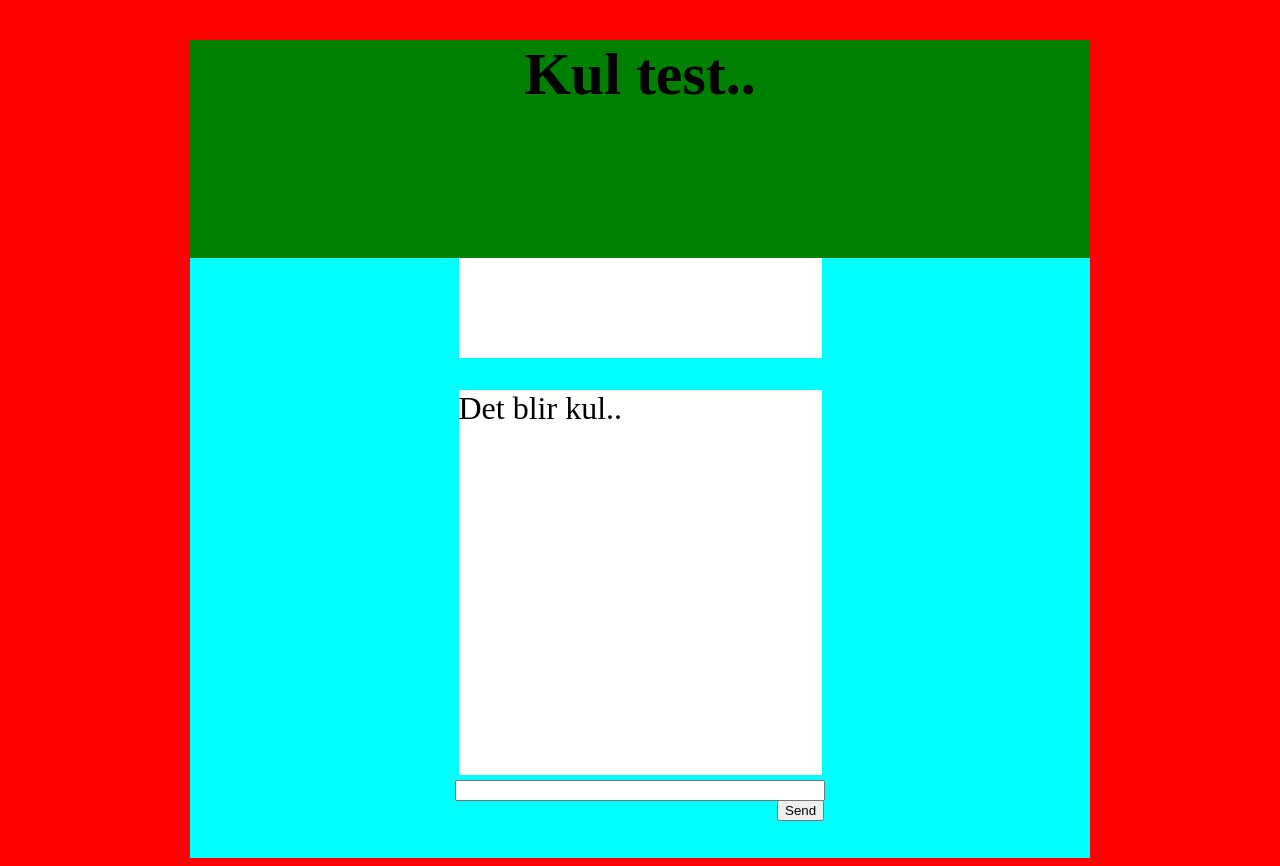
Repository: al223jw/1dv403-laborationer
Page: 4-thequiz/index.html
The author's editor kept a record of every edit. The page is drawn from the files as they stood at one moment, then again after the next edit.
The browser window is 1280 px wide. The pictures show the whole page.
The page's requests for data from a server got no answer.

Above is the page before.
Console error: TypeError: Cannot set properties of null (setting 'onclick')

### 4-thequiz/index.html
<!DOCTYPE html>
<html>
    <head>
        <meta name="viewport" content="width=device-width, initial-scale=1.0"/>
        <meta charset="utf-8"/>

        <title>Antons Test</title>

        <link rel="stylesheet" href="css/css.css"/>
    </head>

    <body>
        <div id="container">
            <div id="header"><h1>Kul test..</h1></div>

            <div id="main">
                <div id="section1">
                </div>

                <div id="section2">
                    <p>Det blir kul..</p>
                </div>

                <input type="text" id="textarea">
                </input><br>

                <div id="submit">
                    <input type="submit" value="Send"/>
                </div>
            </div>
        </div>

    <script type="text/javascript" src="javascript/thejavascript.js"></script>
    </body>
</html>

### 4-thequiz/css/css.css
html
{
    background-color:red;
}

#header
{
    background-color:Green;
    width:900px;
    height:218px;
    margin-left:auto;
    margin-right:auto;
    text-align:center;
    font-size:30px;
}

#main
{
    width:900px;
    height:600px;
    margin-left:auto;
    margin-right:auto;
    background-color:Aqua;
}
#textarea
{
    width:362px;
    margin-top: 5px;
    margin-left:auto;
    margin-right:auto;
    display: block;
}
#submit
{
   margin-left:587px;
   margin-top:-19px;
}
#restart
{
    width:200px;
    height:100px;
    margin-left:652px;
    margin-top:-200px;
}
#section1
{
    width:363px;
    height:100px;
    background-color:white;
    margin-bottom:10px;
    margin-left:auto;
    margin-right:auto;
    font-size:30px;
}
#section2
{
    width:363px;
    height:385px;
    background-color:white;
    margin-top:0;
    margin-left:auto;
    margin-right:auto;
    font-size:32px;
}

### 4-thequiz/javascript/thejavascript.js
"use strict";

var quiz =
{
    Tries: 0,
    arrayTry: [],
    jsoncopy: null,
    restart: 0,

    init:function()
    {
        var input = document.getElementById("textarea");
        quiz.restart = document.getElementById("restart");
        quiz.restart.onclick = quiz.restartclick;
        quiz.renderQuestion("http://vhost3.lnu.se:20080/question/1");

        quiz.arrayTry.length = 0;
        console.log(quiz.arrayTry.length);

        document.getElementById("submit").addEventListener("click", function(e)
        {
            if (input.value !== "")
            {
                quiz.answerQuestion(input.value, quiz.jsoncopy.nextURL);
            }
            else
            {
                e.preventDefault();
            }
        });

        input.addEventListener("keydown", function(e)
        {
            if (e.keyCode === 13)
                {
                    if (input.value !== "")
                    {
                        quiz.answerQuestion(input.value, quiz.jsoncopy.nextURL);
                    }
                    else
                    {
                        e.preventDefault();
                    }
                }
        });
    },

    renderQuestion: function(url)
    {
        quiz.Tries = 0;
        var Question = document.getElementById("section1");
        var XHR = new XMLHttpRequest();
        var input = document.getElementById("textarea");
        input.value = "";

        XHR.onreadystatechange = function()
        {
            if (XHR.readyState === 4 && XHR.status === 200)
            {
                quiz.jsoncopy = JSON.parse(XHR.responseText);
                Question.innerHTML = quiz.jsoncopy.question;
            }
        };
        XHR.open("GET",url , true);
        XHR.send(null);
    },

    answerQuestion: function(answer, url)
    {
        var i;

        var XHR = new XMLHttpRequest();

        var status = document.getElementById("section2");

        XHR.onreadystatechange = function()
        {
             if (XHR.readyState === 4)
             {
                var response = JSON.parse(XHR.responseText);
                if (response.message === "Correct answer!")
                {

                    if (response.nextURL !== undefined)
                    {
                        quiz.arrayTry.push(quiz.Tries);
                        quiz.renderQuestion(response.nextURL);
                        status.innerHTML = "Rätt svar!";
                        console.log(quiz.arrayTry);
                    }
                    else
                    {
                        quiz.arrayTry.push(quiz.Tries);
                        status.innerHTML = "Du klara dig! Resultat:";

                        document.getElementById("submit").disabled = true;
                        document.getElementById("textarea").value = "";
                        for (i = 1; i < quiz.arrayTry.length + 1; i +=1)
                        {
                            var pTag = document.createElement("p");
                            pTag.innerHTML = "Fråga "+i+": "+quiz.arrayTry[i-1]+" försök";
                            status.appendChild(pTag);
                        }
                    }
                }
                else
                {
                    quiz.Tries += 1;
                    document.getElementById("textarea").value = "";
                    console.log(quiz.arrayTry);
                    status.innerHTML = "Fel svar!";
                }
            }
        };
        var sendAnswer = JSON.stringify({answer: answer});
        XHR.open("POST",url , true);
        XHR.setRequestHeader("Content-type", "application/json");
        XHR.send(sendAnswer);

    },

    restartclick: function()
    {
        var status = document.getElementById("section2");

        quiz.Tries = 0;
        quiz.arrayTry = new Array();
        quiz.arrayTry.length = 0;
        quiz.jsoncopy = null;
        quiz.restart = 0;
        status.innerHTML = "";
        quiz.init();
    }
};
window.onload = quiz.init;

After the next edit:
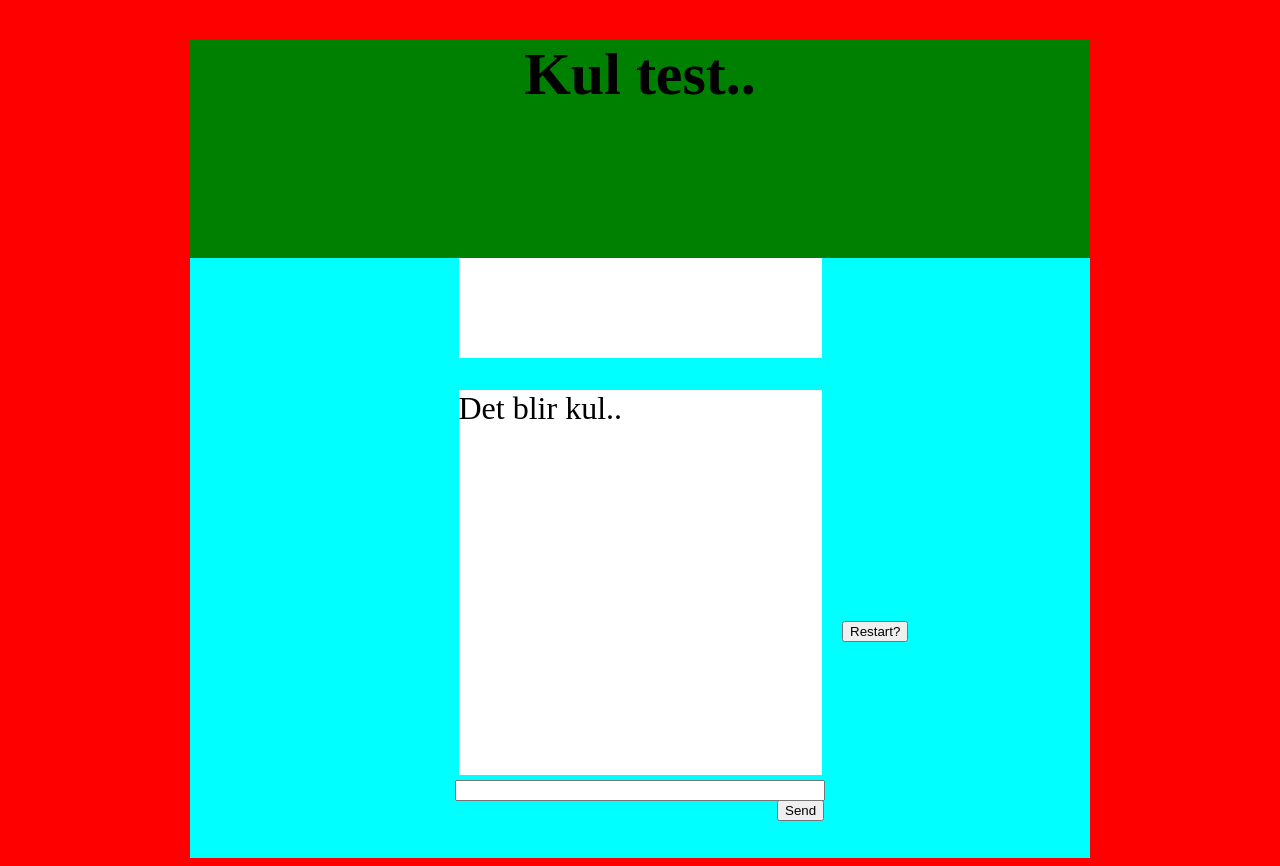
The error is gone.
The edit:
--- a/4-thequiz/index.html
+++ b/4-thequiz/index.html
@@ -27,6 +27,9 @@
                 <div id="submit">
                     <input type="submit" value="Send"/>
                 </div>
+                <div id="restart">
+                    <input class="restart" type="submit" value="Restart?"/>
+                </div>
             </div>
         </div>
 
